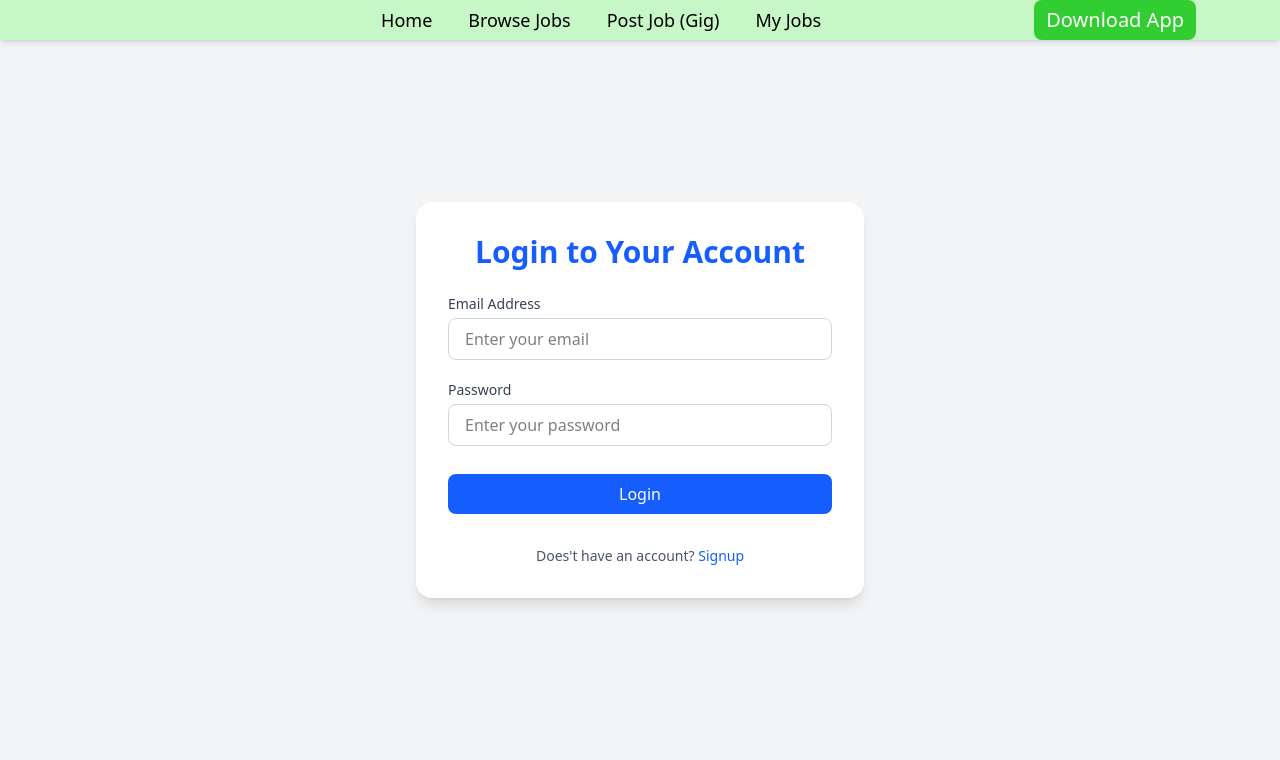
Repository: rushikesh-kolpe21/GigFlow
Page: / (app in frontend/)
These files come from the project's save history. The page is drawn as it stood at one moment and after the next save; the edit follows.
The browser window is 1280 px wide. The pictures show the whole page.
The project was rebuilt for these pictures with package versions that can differ from the ones it lists, and the page was loaded fresh each time. Also part of the build but not shown: frontend/src/Landing/Auth/Signup.jsx, frontend/src/Landing/Home/LoggedIn.jsx.

Above is the page before, as saved 2026-01-12 07:39:32.

### frontend/src/App.jsx
import React from 'react'
import { useState } from 'react';
import { BrowserRouter, Routes, Route, Navigate } from "react-router-dom";
import { Signup } from './Landing/Auth/Signup.jsx';
import { Login } from './Landing/Auth/Login.jsx';
import { LoggedIn } from './Landing/Home/LoggedIn.jsx';
import Navbar from '../Navbar.jsx';



export const App = () => {

   // Authentication state (example)
  const [isAuthenticated, setIsAuthenticated] = useState(() => {
    return !!localStorage.getItem('token'); // Check for token in localStorage on initial load hey ki nahi
  });

  // Private Route component for protected routes only for authenticated users
const PrivateRoute = ({ children }) => {
  const token = localStorage.getItem("token");
  return token ? children : <Navigate to="/login" replace />;
};

// public route component for login and signup pages
const PublicRoute = ({ children }) => {
  const token = localStorage.getItem("token");
  return token ? <Navigate to="/" replace /> : children;
};


  return (
    <div>
      <BrowserRouter>
     <Navbar/>
        <Routes>
          <Route
            path="/register"
            element={
              <PublicRoute>
                <Signup setIsAuthenticated={setIsAuthenticated} />
              </PublicRoute>
            }
          />

          <Route
            path="/login"
            element={
              <PublicRoute>
                <Login setIsAuthenticated={setIsAuthenticated} />
              </PublicRoute>
            }
          />

          <Route
            path="/"
            element={
              <PrivateRoute>
                <LoggedIn />
              </PrivateRoute>
            }
          />

          <Route path="*" element={<Navigate to="/login" replace />} />
        </Routes>
      </BrowserRouter>
    </div>
  )
}

### frontend/src/Landing/Auth/Login.jsx
import React, { useEffect, useState } from "react";
import { Link, useNavigate } from "react-router-dom";
import { ToastContainer } from "react-toastify";
import "react-toastify/dist/ReactToastify.css";
import { handleError, handleSuccess } from "../../../utils";
import axios from "axios";
// import { GoogleLogin } from "./GoogleLogin";


export const Login = ({ setIsAuthenticated = () => {} }) => {



  const [loginInfo, setloginInfo] = useState({
    email: "",
    password: "",
  });
  const navigate = useNavigate();

  // If already logged in, redirect away from login
  useEffect(() => {
    const userInfo = document.cookie.includes('userInfo');
    if (userInfo) {
      navigate("/", { replace: true });
    }
  }, [navigate]);

  const handleChange = (event) => {
    const { name, value } = event.target;
    const copyloginInfo = { ...loginInfo };
    copyloginInfo[name] = value;
    setloginInfo(copyloginInfo);
  };
  // after submit
  const handleloginForm = async (event) => {
    event.preventDefault();

    const { email, password } = loginInfo;
    if (!email || !password) {
      return handleError("Email and password are required");
    }

    try {
      const response = await axios.post("http://localhost:5000/api/auth/login", loginInfo, {
        withCredentials: true // Enable cookies
      });
      const result = response.data;
      console.log("Login API Response:", result);

      const { user, message, token, success } = result;

      if (success) {
        handleSuccess(message);
        // Cookies are automatically stored by the browser via Set-Cookie header
        // No need to manually store in localStorage
        setIsAuthenticated(true);
        setTimeout(() => {
          navigate("/");
        }, 600);
      } else {
        handleError(message || "Login failed");
      }
    } catch (error) {
      console.error("Login error:", error);
      const serverMsg = error?.response?.data?.message;
      handleError(serverMsg || error.message || "Login failed");
    }
  };


  return (
    <div className="flex items-center justify-center min-h-screen bg-gray-100">
      <div className="w-full max-w-md bg-white p-8 rounded-2xl shadow-lg">
        <h1 className="text-3xl font-bold text-center text-blue-600 mb-6">
          Login to Your Account
        </h1>

        {/* <GoogleLogin setIsAuthenticated={setIsAuthenticated}
         onSuccess={(res) => {
    console.log(res.credential); // ✅ ID TOKEN */}
  {/* }} /> */}

        <form onSubmit={handleloginForm} className="space-y-5 text-left">
          <div className="flex flex-col items-start">
            <label
              htmlFor="email"
              className="block text-sm font-medium text-gray-700 mb-1"
            >
              Email Address
            </label>
            <input
              onChange={handleChange}
              name="email"
              value={loginInfo.email}
              id="email"
              type="email"
              placeholder="Enter your email"
              className="w-full px-4 py-2 border border-gray-300 rounded-lg focus:outline-none focus:ring-2 focus:ring-blue-400"
            />
          </div>

          <div className="flex flex-col items-start">
            <label
              htmlFor="password"
              className="block text-sm font-medium text-gray-700 mb-1"
            >
              Password
            </label>
            <input
              onChange={handleChange}
              name="password"
              value={loginInfo.password}
              id="password"
              type="password"
              placeholder="Enter your password"
              className="w-full px-4 py-2 border border-gray-300 rounded-lg focus:outline-none focus:ring-2 focus:ring-blue-400"
            />
          </div>

          <button
            type="submit"
            className="w-full py-2 mt-2 text-white bg-blue-600 rounded-lg hover:bg-blue-700 transition duration-200"
          >
            Login
          </button>

          <p className="text-center text-sm text-gray-600 mt-3">
            Does't have an account?{" "}
            <Link
              to="/register"
              className="text-blue-600 font-medium hover:underline"
            >
              Signup
            </Link>
          </p>
        </form>

        <ToastContainer position="top-center" />
      </div>
    </div>
  );
}

### frontend/Navbar.jsx
import React, { useState, useEffect } from 'react';
// import logo from "../../src/assets/logo.png";
import { Link, useLocation } from "react-router-dom";

export default function Navbar() {
  const [isOpen, setIsOpen] = useState(false);
  const location = useLocation();

  // Close mobile menu on route change
  useEffect(() => {
    setIsOpen(false);
  }, [location.pathname]);

  const navItems = [
    { label: "Home", path: "/" },
    { label: "Browse Jobs", path: "/work" },
    { label: "Post Job (Gig)", path: "/post-job" },
    { label: "My Jobs", path: "/support" },
  ];

  const getLinkClass = (path) =>
    `text-black hover:text-gray-500 hover:underline hover:decoration-2 hover:underline-offset-2 hover:decoration-green-300 transition-all duration-400 ${
      location.pathname === path ? "text-black-900 underline decoration-green-300" : ""
    }`;

  return (
    <nav className="sticky top-0 z-50 bg-[rgba(144,238,144,0.5)] shadow-md">
      <div className="flex items-center px-4 py-0 md:px-21 relative">
        {/* logo on left */}
        <div className="z-20">
          <Link to="/" className="flex gap-3 items-center font-semibold text-7xl">
            <img className="w-21 h-auto" src="" alt="" />
            {/* <span className="hidden sm:inline">RapTro</span> */}
          </Link>
        </div>

        {/* nav items centered on desktop */}
        <div className="hidden md:flex flex-1 justify-center z-10">
          <ul className="flex gap-9 text-lg font-medium">
            {navItems.map((item) => (
              <Link key={item.path} to={item.path} className={getLinkClass(item.path)}>
                {item.label}
              </Link>
            ))}
          </ul>
        </div>

        {/* download button */}
        <div className="hidden md:block z-20">
          <button className="bg-[#32CD32] text-white px-3 py-1.5 rounded-lg hover:bg-[#28a745] text-xl">
            Download App
          </button>
        </div>

        {/* mobile menu toggle */}
        <div className="md:hidden absolute right-4">
          <button
            onClick={() => setIsOpen(!isOpen)}
            className="p-2 rounded-md focus:outline-none focus:ring"
            aria-label="Toggle menu"
          >
            {isOpen ? (
              <svg xmlns="http://www.w3.org/2000/svg" className="h-6 w-6" fill="none" viewBox="0 0 24 24" stroke="currentColor">
                <path strokeLinecap="round" strokeLinejoin="round" strokeWidth={2} d="M6 18L18 6M6 6l12 12" />
              </svg>
            ) : (
              <svg xmlns="http://www.w3.org/2000/svg" className="h-6 w-6" fill="none" viewBox="0 0 24 24" stroke="currentColor">
                <path strokeLinecap="round" strokeLinejoin="round" strokeWidth={2} d="M4 6h16M4 12h16M4 18h16" />
              </svg>
            )}
          </button>
        </div>
      </div>

      {/* mobile dropdown menu */}
      {isOpen && (
        <div className="md:hidden bg-[rgba(144,238,144,0.5)] px-4 pb-4 animate-slide-down">
          <ul className="flex flex-col gap-4 text-lg font-medium">
            {navItems.map((item) => (
              <Link key={item.path} to={item.path} className="block text-black ">
                {item.label}
              </Link>
            ))}
            {/* <button className="bg-[#32CD32] text-white px-3 py-1.5 rounded-lg hover:bg-[#28a745] text-xl w-full">
              Download App
            </button> */}
          </ul>
        </div>
      )}
    </nav>
  );
}

### frontend/utils.js
// src/utils/index.js
import { toast } from "react-toastify";



export const handleSuccess = (msg) => {
 toast.success(msg, {
  position:'top-right'
});

};

export const handleError = (msg) => {
  toast.error(msg, {
   position:'top-right'
  });
};

Loaded but not shown: frontend/src/main.jsx (common file); frontend/src/index.css (common file)

After the next save:
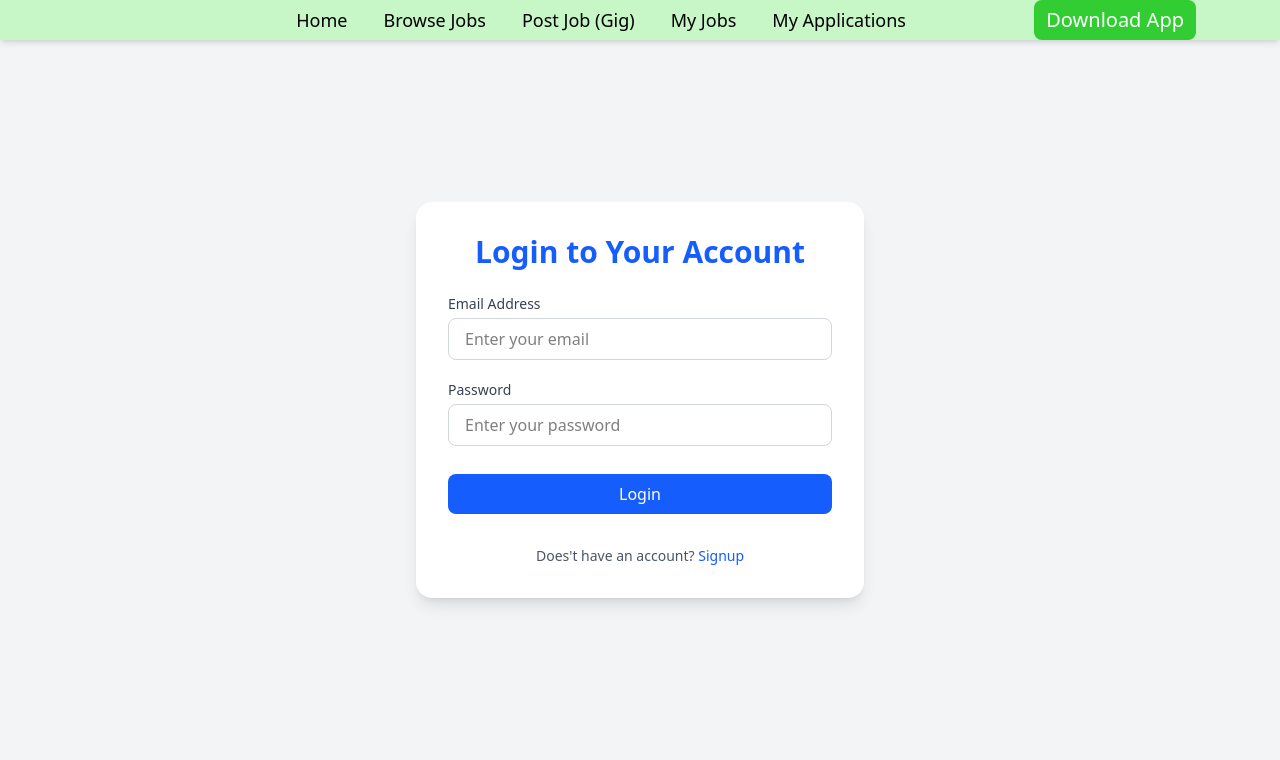
Saved 40 s later.
--- a/frontend/Navbar.jsx
+++ b/frontend/Navbar.jsx
@@ -13,9 +13,10 @@ export default function Navbar() {
 
   const navItems = [
     { label: "Home", path: "/" },
-    { label: "Browse Jobs", path: "/work" },
+    { label: "Browse Jobs", path: "/browse-jobs" },
     { label: "Post Job (Gig)", path: "/post-job" },
-    { label: "My Jobs", path: "/support" },
+    { label: "My Jobs", path: "/my-jobs" },
+    { label: "My Applications", path: "/my-applications" },
   ];
 
   const getLinkClass = (path) =>
